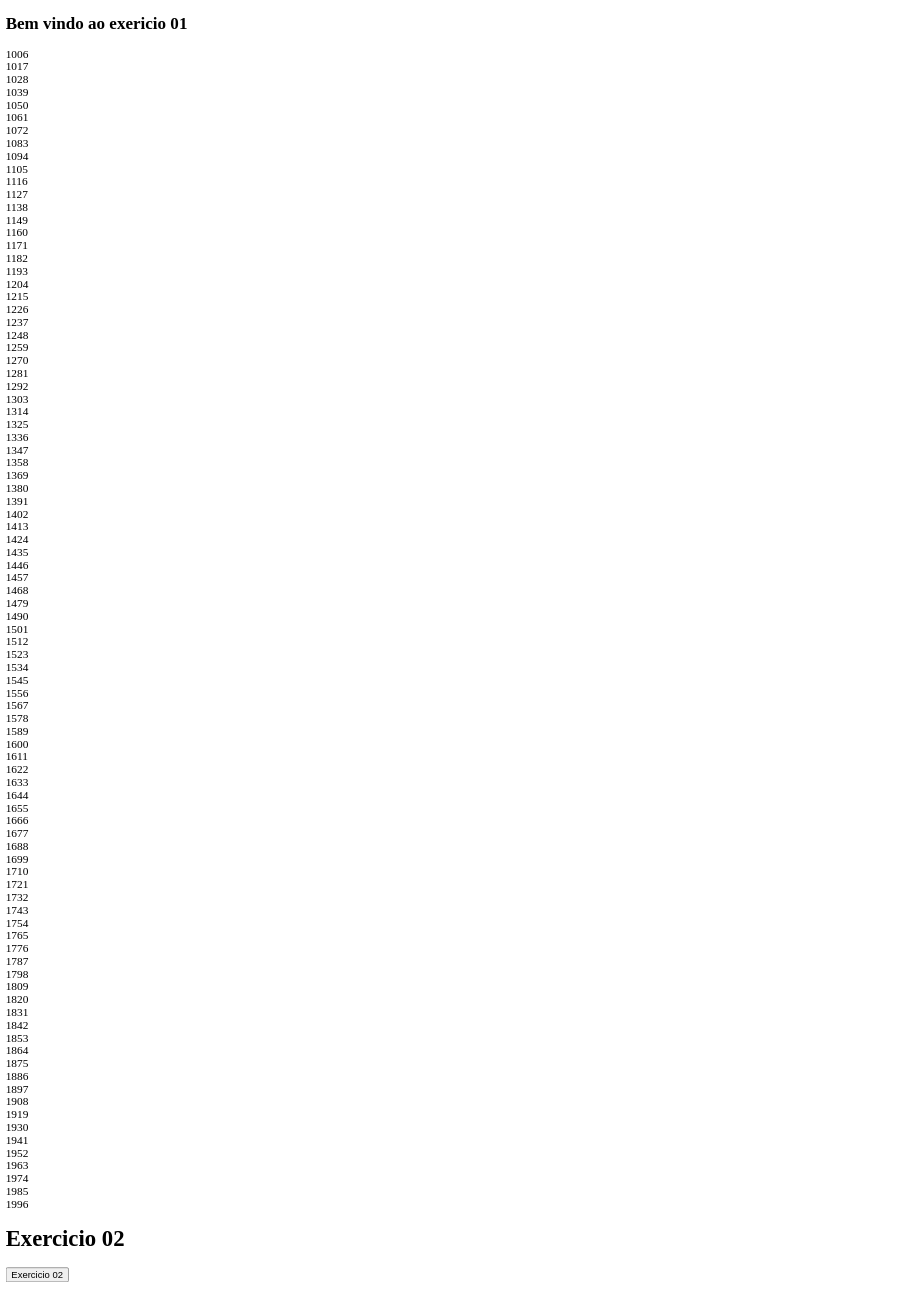
Repository: Fabio2000/Faculdade-Projetos
Page: http://localhost/exercicios/Index.jsp
These files come from the project's save history. The page is drawn as it stood at one moment and after a run of saves; the edit follows.
The browser window is 1280 px wide. The pictures show the whole page, at 71% of full size.
The page is served by Tomcat 9. Other server files are loaded and not shown.

Above is the page before, as saved 2022-09-11 01:57:37.

### exercicios/src/main/webapp/Index.jsp
<%@ page language="java" contentType="text/html; charset=ISO-8859-1"
    pageEncoding="ISO-8859-1"%>
<!DOCTYPE html>
<html>
<head>
<meta charset="ISO-8859-1">
<title>Exericio1</title>
</head>
<body>
<div >
<h2><%String mensage = "Bem vindo ao exericio 01";
	out.println(mensage);
	%></h2>
	<p>

	<%
	for(int i=1000;i<2000;i++) {
	    if (i%11==5)
	    {
	    	out.println(i + "<br />");
	    }
	}

	%></p>
</div>
<div>
<h1>Exercicio 02</h1>
<p>
<button>Exercicio 02</button>
</p>
</div>
</body>
</html>

After the next 2 saves:
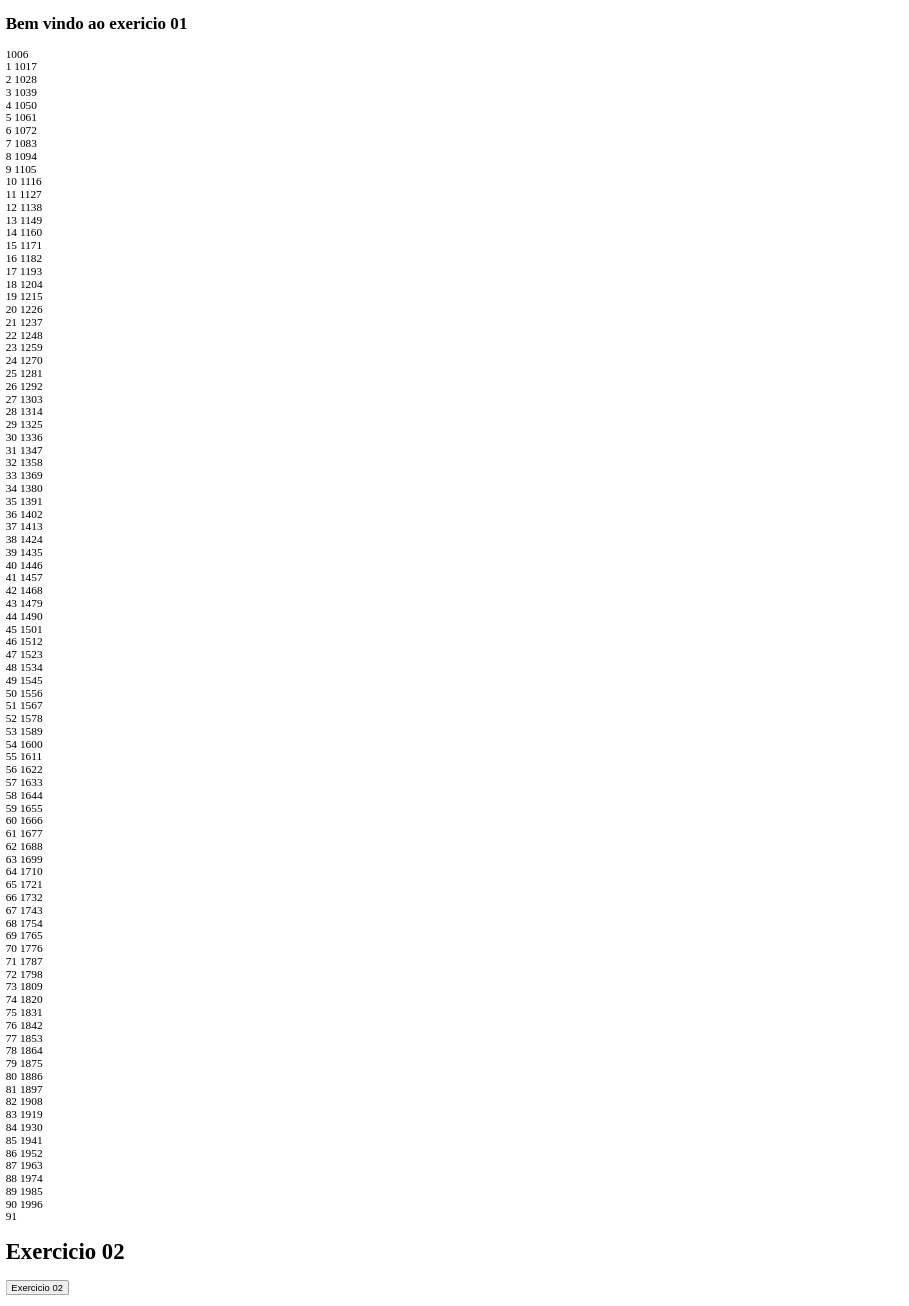
The 2 saves are shown as one change because 1 did not build or start.
The last was saved 18 min 51 s later.
--- a/exercicios/src/main/webapp/Index.jsp
+++ b/exercicios/src/main/webapp/Index.jsp
@@ -14,10 +14,13 @@
 	<p>
 
 	<%
+	int counter = 0;
 	for(int i=1000;i<2000;i++) {
 	    if (i%11==5)
 	    {
-	    	out.println(i + "<br />");
+	    	counter +=1;
+	    	out.println(i + "<br />" + counter);
+
 	    }
 	}
 

After the save that followed:
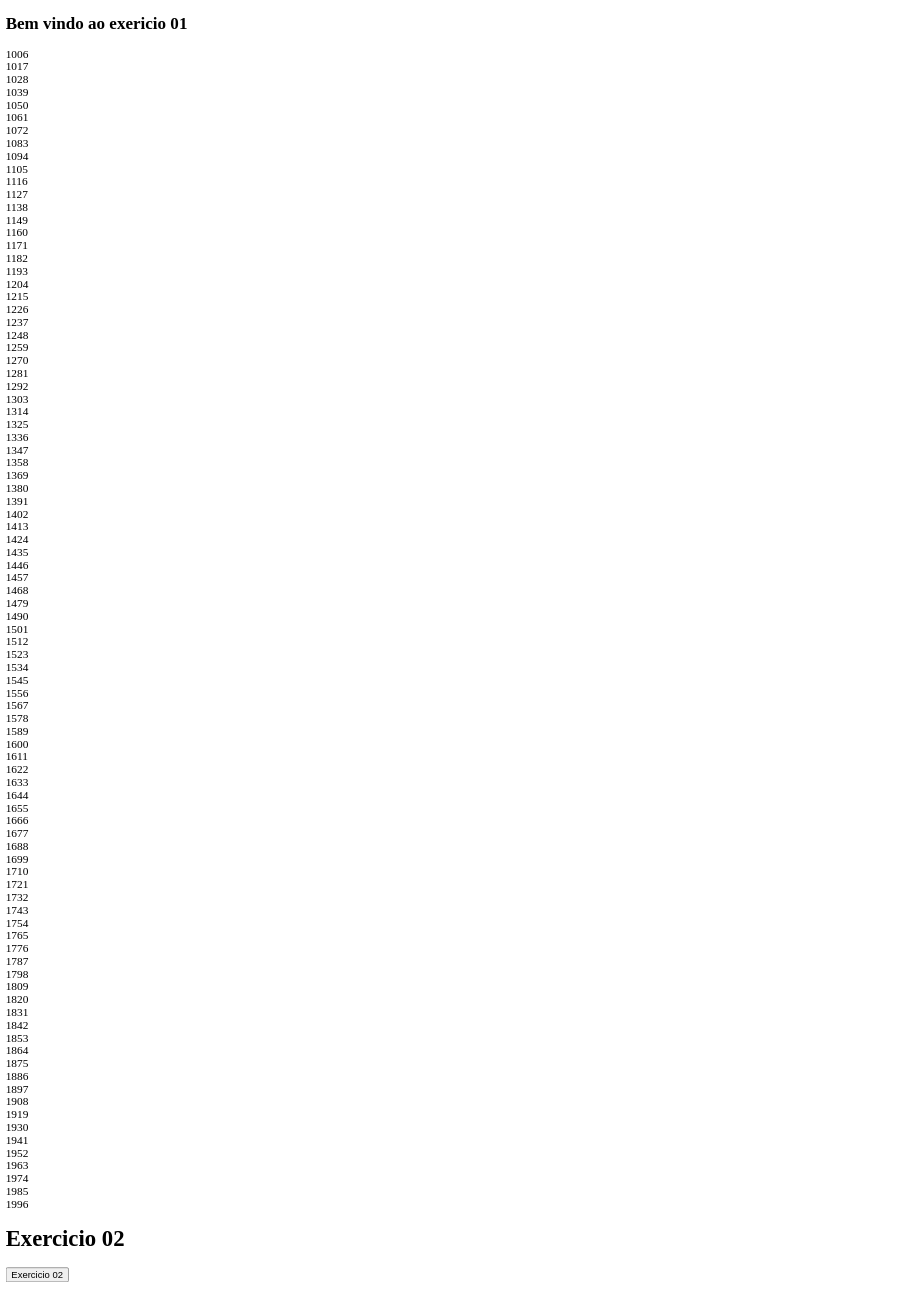
Saved 116 s later.
--- a/exercicios/src/main/webapp/Index.jsp
+++ b/exercicios/src/main/webapp/Index.jsp
@@ -14,12 +14,11 @@
 	<p>
 
 	<%
-	int counter = 0;
 	for(int i=1000;i<2000;i++) {
 	    if (i%11==5)
 	    {
-	    	counter +=1;
-	    	out.println(i + "<br />" + counter);
+
+	    	out.println(i + "<br />");
 
 	    }
 	}
